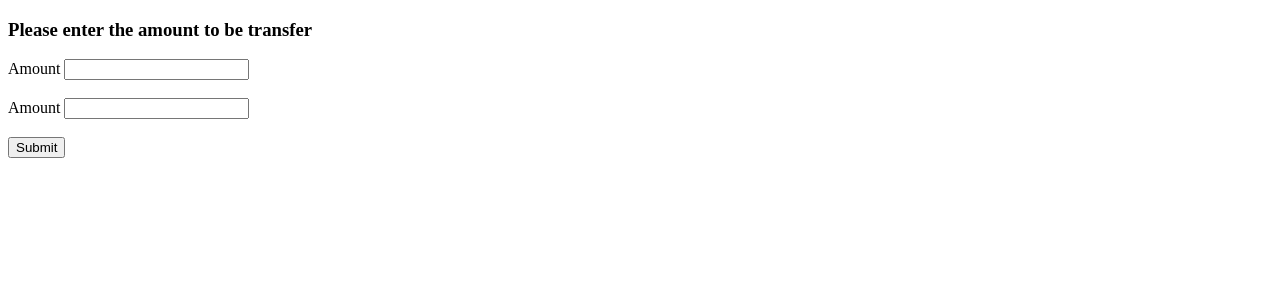
Repository: KGDarshan/BankApplication
Page: CaravanBanking/WebContent/Transfer.html
These files come from the project's save history. The page is drawn as it stood at one moment and after the next save; the edit follows.
The browser window is 1280 px wide. The pictures show the whole page.

Above is the page before, as saved 2020-10-09 13:24:04.

### CaravanBanking/WebContent/Transfer.html
<!DOCTYPE html>
<html>
<head>
<meta charset="ISO-8859-1">
<title>Transfer Amount Page</title>
</head>
<body>
<h3>Please enter the amount to be transfer</h3>
<form action="Transfer">
<label>Amount</label>
<input type="text" name="amt"><br><br>
<label>Amount</label>
<input type="text" name="amt"><br><br>
<input type="submit">
</form>
</body>
</html>

After the next save:
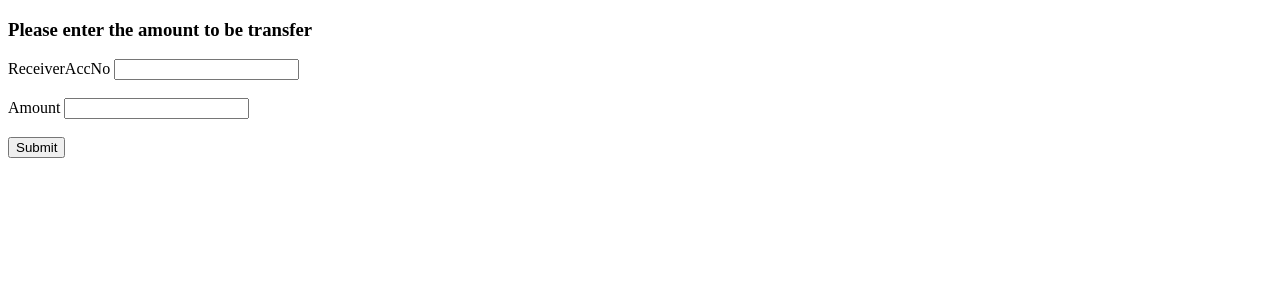
Saved 49 s later.
--- a/CaravanBanking/WebContent/Transfer.html
+++ b/CaravanBanking/WebContent/Transfer.html
@@ -7,8 +7,8 @@
 <body>
 <h3>Please enter the amount to be transfer</h3>
 <form action="Transfer">
-<label>Amount</label>
-<input type="text" name="amt"><br><br>
+<label>ReceiverAccNo</label>
+<input type="text" name="raccno"><br><br>
 <label>Amount</label>
 <input type="text" name="amt"><br><br>
 <input type="submit">
